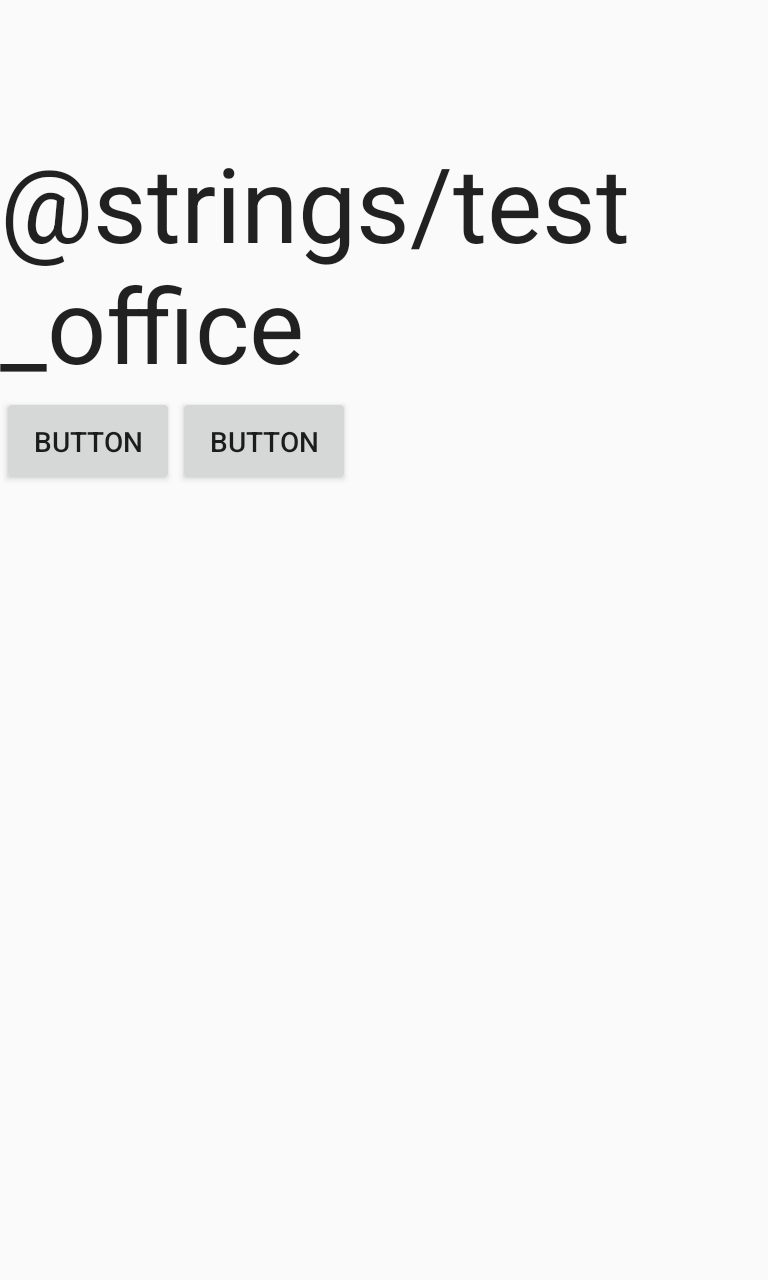
Repository: hessfr/contextRecognition
Layout: androidProjects/ContextRecognition/res/layout/activity_main.xml
An editor plug-in stored every save of this project. The layout is shown before and after the next save, followed by the edit.
It is drawn on a 768 x 1280 px phone screen (xhdpi) without system bars, with theme AppTheme; the app's code is not run.

Above is the layout before, as saved 2014-05-30 07:15:33.

### androidProjects/ContextRecognition/res/layout/activity_main.xml
<LinearLayout xmlns:android="http://schemas.android.com/apk/res/android"
    xmlns:tools="http://schemas.android.com/tools"
    android:id="@+id/container"
    android:layout_width="match_parent"
    android:layout_height="match_parent"
    android:orientation="vertical"
    tools:context="com.example.contextrecognition.MainActivity"
    tools:ignore="MergeRootFrame" >

    <RelativeLayout
        android:layout_width="match_parent"
        android:layout_height="263dp" >

        <TextView
            android:id="@+id/textView1"
            android:layout_width="wrap_content"
            android:layout_height="wrap_content"
            android:layout_centerInParent="true"
            android:text="@strings/test_office"
            android:textAppearance="?android:attr/textAppearanceLarge"
            android:textSize="52sp" />

            <LinearLayout
	        android:layout_width="wrap_content"
	        android:layout_height="wrap_content"
	        android:orientation="horizontal"
	        android:layout_centerHorizontal="True"
	        android:layout_below="@+id/textView1" >

                <Button
	                android:id="@+id/button2"
	                android:layout_width="wrap_content"
	                android:layout_height="wrap_content"
	                android:layout_alignParentRight="true"
	                android:layout_alignParentTop="true"
	                android:text="Button" />

            	<Button
	                android:id="@+id/button2"
	                android:layout_width="wrap_content"
	                android:layout_height="wrap_content"
	                android:layout_alignParentLeft="true"
	                android:layout_alignParentTop="true"
	                android:text="Button" />

	    	</LinearLayout>

    </RelativeLayout>



</LinearLayout>

### androidProjects/ContextRecognition/res/values/strings.xml
<?xml version="1.0" encoding="utf-8"?>
<resources>

    <string name="app_name">ContextRecognition</string>
    <string name="hello_world">Hello world!</string>
    <string name="action_settings">Settings</string>
    <string name="action_rating">Rate our app</string>
    <string name="action_help">Help</string>
    <string name="label_settings">Settings</string>
    <string name="label_rating">Rate our app</string>
    <string name="label_help">Help</string>

    <string name="test">Test123</string>
    <string name="test_office">Office</string>


</resources>

Loaded but not shown: androidProjects/ContextRecognition/res/values/styles.xml (common file); androidProjects/ContextRecognition/res/values-v11/styles.xml (common file); androidProjects/ContextRecognition/res/values-v14/styles.xml (common file)

After the next save:
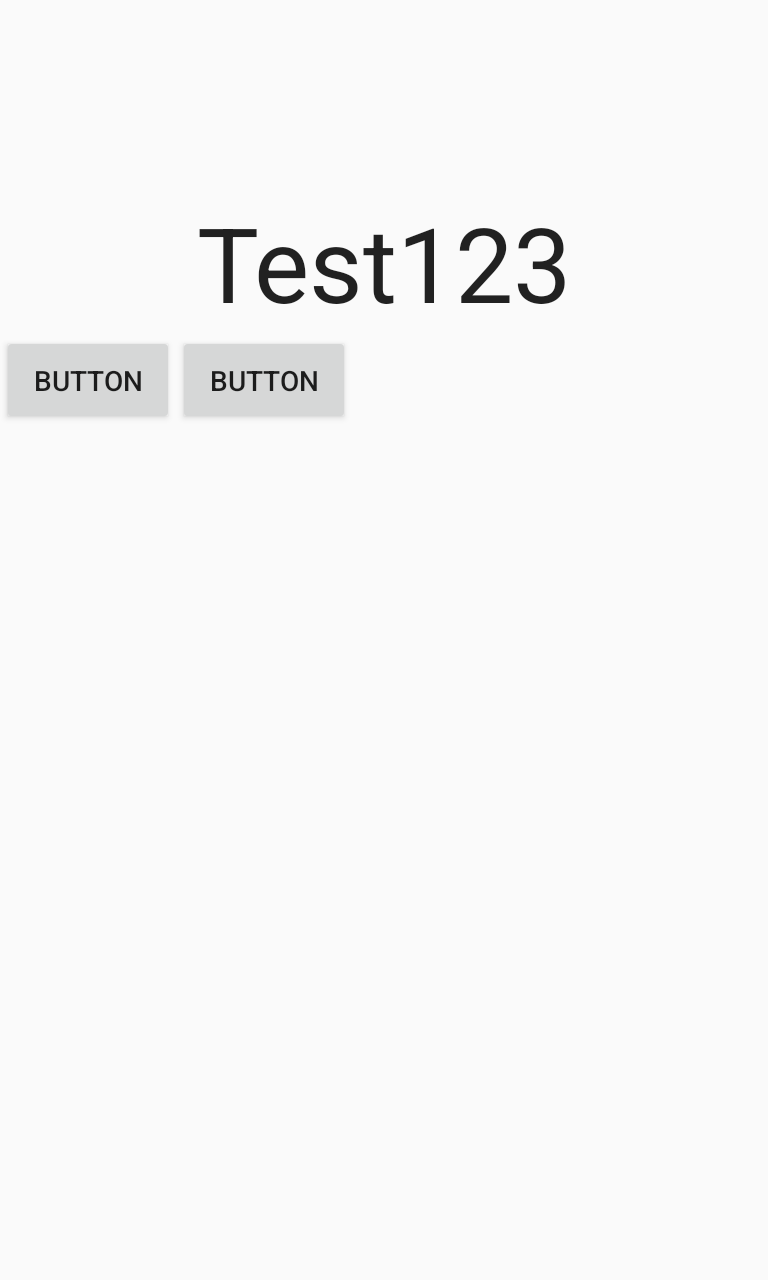
Saved 38 s later.
--- a/androidProjects/ContextRecognition/res/layout/activity_main.xml
+++ b/androidProjects/ContextRecognition/res/layout/activity_main.xml
@@ -16,7 +16,7 @@
             android:layout_width="wrap_content"
             android:layout_height="wrap_content"
             android:layout_centerInParent="true"
-            android:text="@strings/test_office"
+            android:text="@string/test"
             android:textAppearance="?android:attr/textAppearanceLarge"
             android:textSize="52sp" />
 
